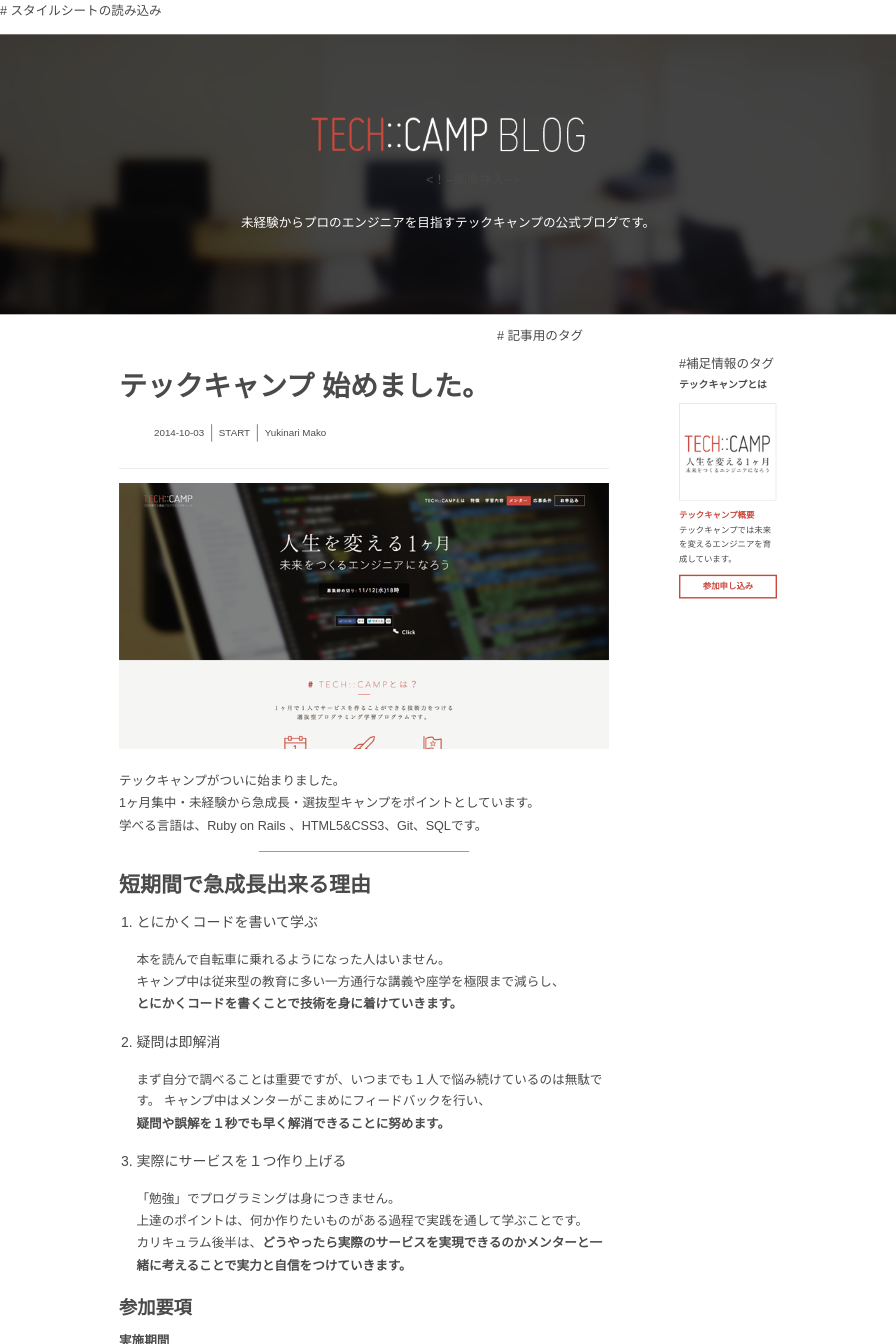
Repository: Kame0012/git_nekotter
Page: techcamp_htmlcss/techcamp_blog/index.html
The author's editor kept a record of every edit. The page is drawn from the files as they stood at one moment, then again after the next edit.
The browser window is 1280 px wide. The pictures show the part of the page from y = 0 to 1920 px (the page is 2668 px tall before and 2700 px after), at 70% of full size.

Above is the page before.

### techcamp_htmlcss/techcamp_blog/index.html
<!DOCTYPE HTML>
<html>
  <head>
    <meta charset="UTF-8">
    <title>テックキャンプ BLOG</title>
    <link rel="stylesheet" href="style.css"> # スタイルシートの読み込み
  </head>

  <body>
    <header id="mainHeader">
      <h1><img src="images/logo.png" alt="テックキャンプ BLOG"></h1>　　　　<！--画像挿入-->
      <p>未経験からプロのエンジニアを目指すテックキャンプの公式ブログです。</p>
    </header>

    <div class="contents clearfix">
      <div class="left_content">
        <article>　　　　　　　　　　　　　　　　　　　　　　　　　　　　　　# 記事用のタグ
          <header>
            <h2>テックキャンプ 始めました。</h2>
            <ul class="meta clearfix">
              <li>2014-10-03</li>
              <li>START</li>
              <li class="meta_last_child">Yukinari Mako</li>
            </ul>
          </header>
          <img src="images/blog_archive_image.png" alt="テックキャンプ ウェブサイト">
          <p>テックキャンプがついに始まりました。<br>1ヶ月集中・未経験から急成長・選抜型キャンプをポイントとしています。<br>
          学べる言語は、Ruby on Rails 、HTML5&CSS3、Git、SQLです。</p>
          <hr>
          <h3>短期間で急成長出来る理由</h3>
          <ol>
            <li>とにかくコードを書いて学ぶ
              <p>本を読んで自転車に乗れるようになった人はいません。<br>
                キャンプ中は従来型の教育に多い一方通行な講義や座学を極限まで減らし、<br>
                <span class="bold">とにかくコードを書くことで技術を身に着けていきます。</span>
              </p>
            </li>
            <li>疑問は即解消
              <p>まず自分で調べることは重要ですが、いつまでも１人で悩み続けているのは無駄です。
              キャンプ中はメンターがこまめにフィードバックを行い、<br>
              <span class="bold">疑問や誤解を１秒でも早く解消できることに努めます。</span>
              </p>
            </li>
            <li>実際にサービスを１つ作り上げる
              <p>「勉強」でプログラミングは身につきません。<br>
                  上達のポイントは、何か作りたいものがある過程で実践を通して学ぶことです。<br>
                  カリキュラム後半は、<span class="bold">どうやったら実際のサービスを実現できるのかメンターと一緒に考えることで実力と自信をつけていきます。</span>
              </p>
            </li>
          </ol>

        <h4>参加要項</h4>
        <h5>実施期間</h5>
        <p>11/22(土曜日) 〜12/27(土曜日)</p>
        <h5>参加条件</h5>

        <ol>
          <li><span class="underline">学習時間を確保できること</span>
            <ul>
              <li>キャンプ中、平日3時間以上、土日祝日6時間以上の学習時間を確保できる方</li>
              <li>週3回以上渋谷のオフィスに来られる方</li>
              <li>※毎週土曜日は進捗共有会を開催いたしますので原則ご参加ください（9時半〜18時）</li>
            </ul>
          </li>
          <li><span class="underline">Mac(PC)を持参できる方</span>
            <ul>
              <li>開発には必ず必要のためご自身で購入をお願いします</li>
              <li>Windows(PC)ではご参加頂けません</li>
            </ul>
          </li>
          <li><span class="underline">キャンプ終了後も継続的に学習を続け、エンジニアとして活躍していく意志のある方</span></li>
        </ol>

        <a href="http://tech-camp.in" class="underline">詳しくはこちら https://tech-camp.in/</a>

        </article>

        <ul class="pagenation clearfix">
          <li class="prev"><a href="#">< PREV</a></li>
          <li class="next"><a href="#">NEXT ></a></li>
        </ul>
      </div>

      <div class="right_content">
        <aside>                                                              #補足情報のタグ
          <h2>テックキャンプとは</h2>
          <img src="images/tech-camp.png" alt="">
          <p>
            <strong>テックキャンプ概要</strong><br>
            テックキャンプでは未来を変えるエンジニアを育成しています。
            <a href="http://tech-camp.in">参加申し込み</a>
          </p>
        </aside>
      </div>
    </div>

    <footer id="mainFooter" class="clearfix">
      <p>C 2014 we-b inc.</p>
    </footer>

  </body>
</html>

### techcamp_htmlcss/techcamp_blog/style.css
body, html {
   height: 100%;
   background-color: white;
 }

 h1, h2, h3, h4, h5, h6, p, body {
   line-height: 1.77;
   font-size: 18px;
   color: #4a4a4a;
   font-family: sans-serif;
   margin: 0;
   padding: 0;
 }

 ol{
   margin: 0;
   padding-left: 25px;
 }

 .contents {
   width: 940px;
   /* 上下は余白なし。左右は均一 */
   margin: 0 auto;
 }

 .left_content {
   width: 700px;
   /* 並列に並べる。左寄せ */
   float: left;
   margin: 40px 0 0 0;
 }

 .right_content {
   width: 140px;
  　/* 並列に並べる。右寄せ */
   float: right;
 }

/* floatプロパティを使用した際に起こるレイアウトの崩れを修正するためのクラス　*/
 .clearfix:after {
   content: "";
   clear: both;
   display: block;
 }

 .bold {
   font-weight: bold;
 }

 .underline {
   text-decoration: underline;
 }


 #mainHeader {
   /* 背景画像など　*/
   background: url(images/bg_header.png) no-repeat center center;
   padding: 130px 0;
   text-align: center;
 }

 #mainHeader p {
   margin: 30px 0 0 0;
   color: #fff;
   font-family: serif;
 }

 a {
   text-decoration: none;
   color: #ca493c;
 }

 h1 {
   font-size: 45px;
 }

 h2 {
   font-size: 40px;
 }

 h3 {
   font-size: 33px;
 }

 h4 {
   font-size: 27px;
 }

.contents .left_content article {
   border-bottom: 1px solid #bebebe;
   padding-bottom: 30px;
 }

 .contents .left_content header {
   padding: 0 0 20px;
   border-bottom: 1px solid #e3e3e3;
   margin-bottom: 20px;
 }

 .contents .left_content h2 {
   padding-top: 20px;
 }

 .contents .left_content p {
   margin: 20px 0;
 }

 .contents .left_content {
   margin: 0;
   padding: 0;
   list-style: none;
 }

 .contents .left_content .meta li {
   padding: 0 10px;
   margin: 0;
   float: left;
   list-style: none;
   font-size: 14px;
   color: #4c4c4c;
   border-right: 1px solid #4c4c4c;
 }

 .contents .left_content li.meta_last_child {
   border-right: none;
 }

 .contents .left_content h3, .contents .left_content h4 {
   margin-bottom: 10px;
 }

 .contents .left_content h3 {
   font-size: 30px;
 }

 .contents .left_content h4 {
   font-size: 26px;
 }

 .contents .left_content hr {
   width: 300px;
   margin: 20px auto;
   border: 0;
   border-top: 1px solid #ca493c;
 }

 .contents .left_content ol {
   margin-top: 0px;
   font-size: 20px;
 }

 .contents .pagenation {
   padding: 10px 0;
   font-size: 12px;
 }

 .contents .pagenation li {
   border: 1px solid #e3e3e3;
   list-style: none;
 }

 .contents .pagenation li a {
   display: block;
   padding: 5px 10px;
 }

 .contents .pagenation li a:hover {
   background-color: #f7f7f6;
 }

 .contents .pagenation li.prev {
   float: left;
 }

 .contents .pagenation li.next {
   float: right;
 }

 .right_content {
   margin-top: 40px;
   width: 140px;
   float: right;
 }

 .right_content h2 {
   font-size: 14px;
   margin: 0 0 14px 0;
 }

 .right_content p {
   font-size: 12px;
 }

 .right_content p strong {
   color: #ca493c;
 }

 .right_content p a {
   border: 2px solid #ca493c;
   line-height: 30px;
   /* 中央寄せしたいインライン要素の親要素に入れる */
   text-align: center;
   display: block;
   font-weight: bold;
   margin-top: 10px;
 }

 #mainFooter {
   padding-top: 40px;
 }

 #mainFooter p {
   border-top: 1px solid #e3e3e3;
   text-align: center;
   padding: 20px 0;
   font-size: 12px;
 }
このカリキュラムの理解度を教えてください
ボタンを押していただくと次へ進めます

After the next edit:
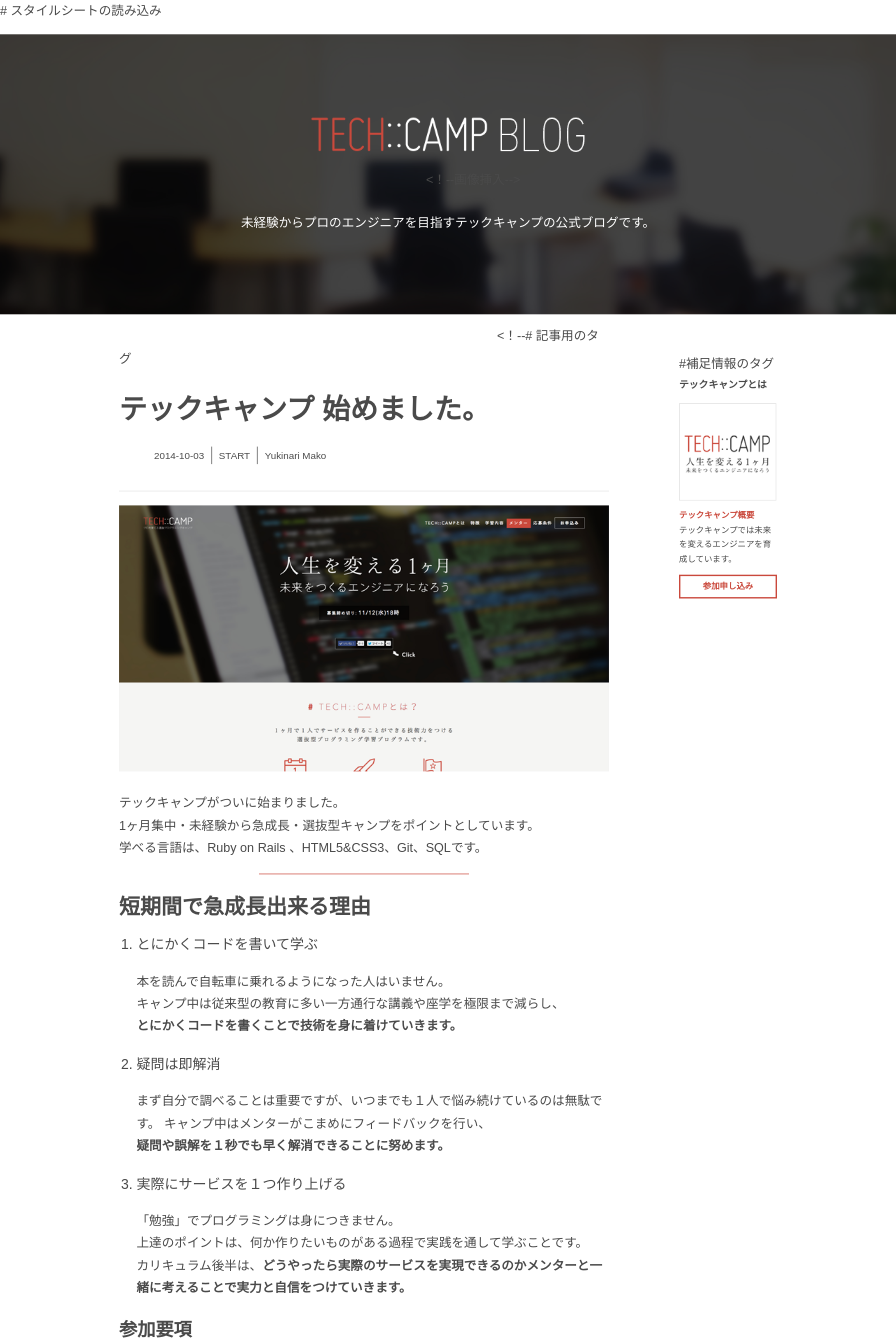
The edit:
--- a/techcamp_htmlcss/techcamp_blog/index.html
+++ b/techcamp_htmlcss/techcamp_blog/index.html
@@ -14,7 +14,7 @@
 
     <div class="contents clearfix">
       <div class="left_content">
-        <article>　　　　　　　　　　　　　　　　　　　　　　　　　　　　　　# 記事用のタグ
+        <article>　　　　　　　　　　　　　　　　　　　　　　　　　　　　　　<！--# 記事用のタグ
           <header>
             <h2>テックキャンプ 始めました。</h2>
             <ul class="meta clearfix">
